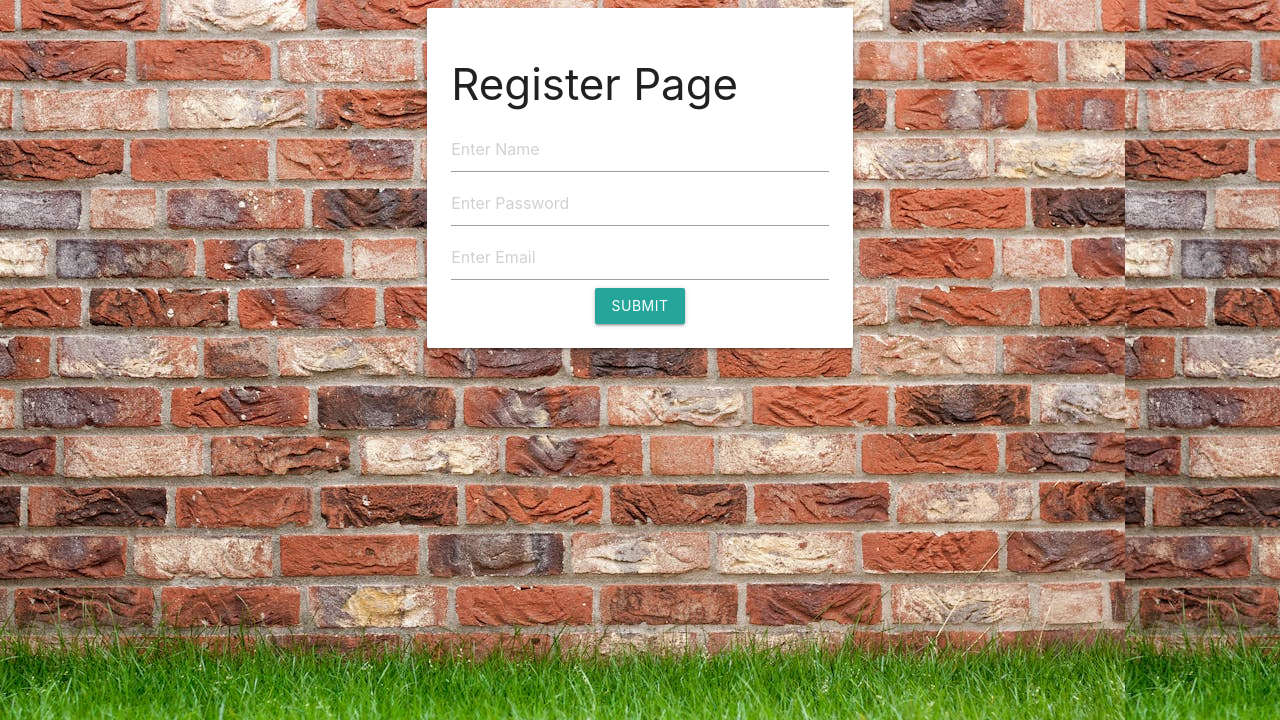
Repository: nin19/advance_java
Page: http://localhost/register-module/
These files come from the project's save history. The page is drawn as it stood at one moment and after the next save; the edit follows.
The browser window is 1280 px wide. The pictures show the whole page.
The page is served by Tomcat 9. Other server files are loaded and not shown.

Above is the page before, as saved 2024-10-17 13:51:15.

### servlet/register-module/src/main/webapp/signup.jsp
<%@ page language="java" contentType="text/html; charset=ISO-8859-1"
    pageEncoding="ISO-8859-1"%>
<!DOCTYPE html>
<html>
<head>
<meta charset="ISO-8859-1">
<title>SignUpPage</title>
 <!-- Compiled and minified CSS -->
    <link rel="stylesheet" href="https://cdnjs.cloudflare.com/ajax/libs/materialize/1.0.0/css/materialize.min.css">

    <!-- Compiled and minified JavaScript -->
    <script src="https://cdnjs.cloudflare.com/ajax/libs/materialize/1.0.0/js/materialize.min.js"></script>

</head>
<body style="background: url(img/background.jpeg);">
	<div class="container">
		<div class="row">
			<div class="col m6 offset-m3">
				<div class="card">
					<div class="card-content">
						<h3>Register Page</h3>

						<div class="form center-align">
							<form action="Register" method="post">
								<input type="text" name="user_name" placeholder="Enter Name"/>
								<input type="password" name="user_password" placeholder="Enter Password"/>
								<input type="password" name="user_email" placeholder="Enter Email"/>

								<button type="submit" class="btn">Submit</button>
							</form>
						</div>
						<div class="loader">

						</div>
					</div>
				</div>
			</div>
		</div>
	</div>
</body>
</html>

After the next save:
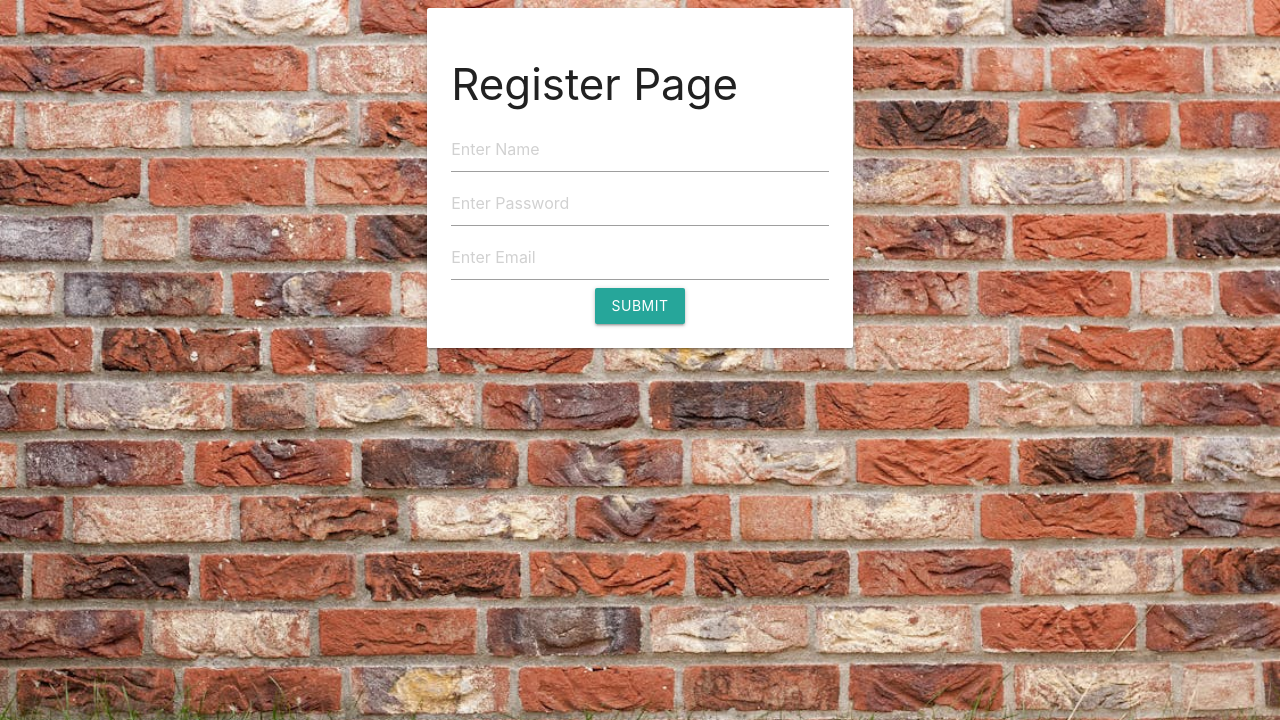
Saved 12 s later.
--- a/servlet/register-module/src/main/webapp/signup.jsp
+++ b/servlet/register-module/src/main/webapp/signup.jsp
@@ -12,7 +12,7 @@
     <script src="https://cdnjs.cloudflare.com/ajax/libs/materialize/1.0.0/js/materialize.min.js"></script>
 
 </head>
-<body style="background: url(img/background.jpeg);">
+<body style="background: url(img/background.jpeg);background-size: cover">
 	<div class="container">
 		<div class="row">
 			<div class="col m6 offset-m3">
